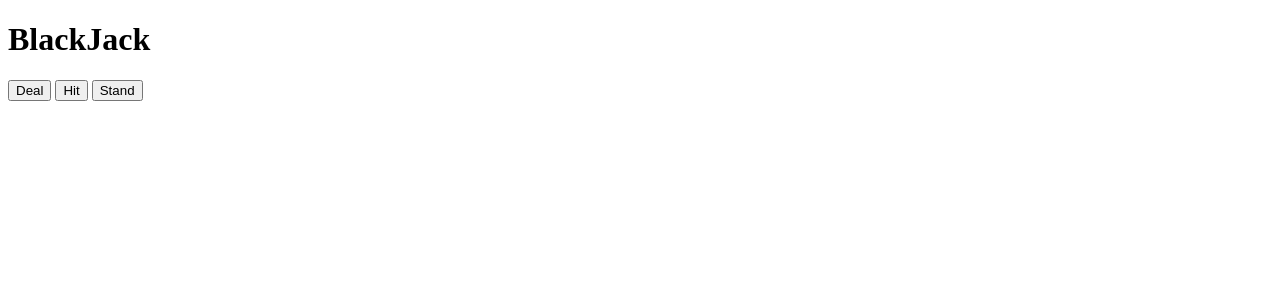
Repository: oldens/blackjack
Page: index.html
An editor plug-in stored every save of this project. The page is shown before and after the next save, followed by the edit.
The browser window is 1280 px wide. The pictures show the whole page.

Above is the page before, as saved 2025-02-01 12:47:03.

After the next save:
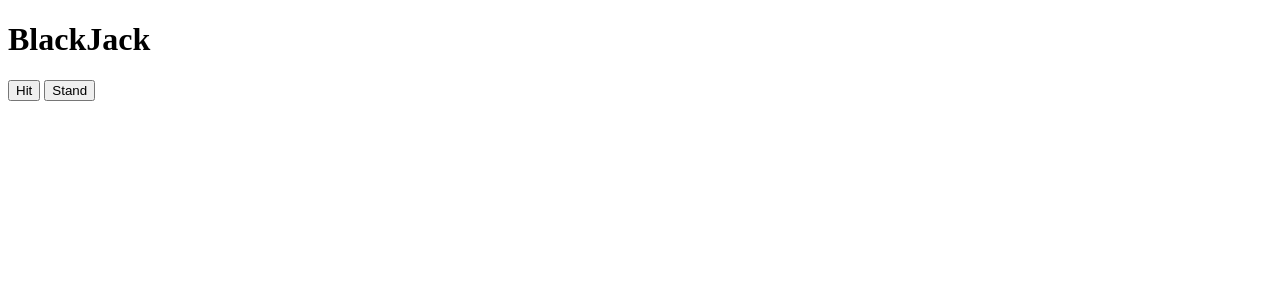
Saved 5 s later.
--- a/index.html
+++ b/index.html
@@ -7,7 +7,6 @@
 </head>
 <body>
 <h1>BlackJack</h1>
-    <button id="deal">Deal</button>
     <button id="hit">Hit</button>
     <button id="stand">Stand</button>
 

After the 2 saves that followed:
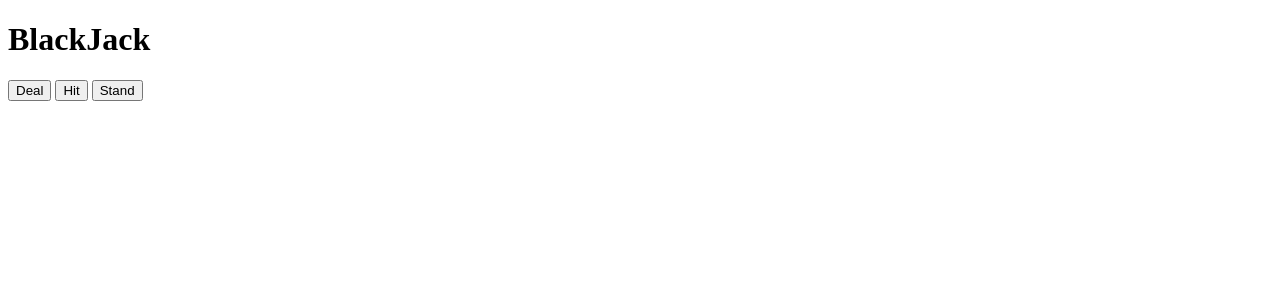
The 2 saves are shown as one change because 1 left the picture as it was.
The last was saved 3 min 39 s later.
--- a/index.html
+++ b/index.html
@@ -7,6 +7,7 @@
 </head>
 <body>
 <h1>BlackJack</h1>
+<button id="deal">Deal</button>
     <button id="hit">Hit</button>
     <button id="stand">Stand</button>
 
--- a/models/black-jack.js
+++ b/models/black-jack.js
@@ -26,6 +26,12 @@ class BlackJack {
       this.dealer.addCard(this.deck.drawCard());
     }
   }
+
+    reset() {
+        this.deck = new Deck("./models/cards54.json");
+        this.dealer.reset();
+        this.player.reset();
+    }
 }
 
 export default BlackJack;
